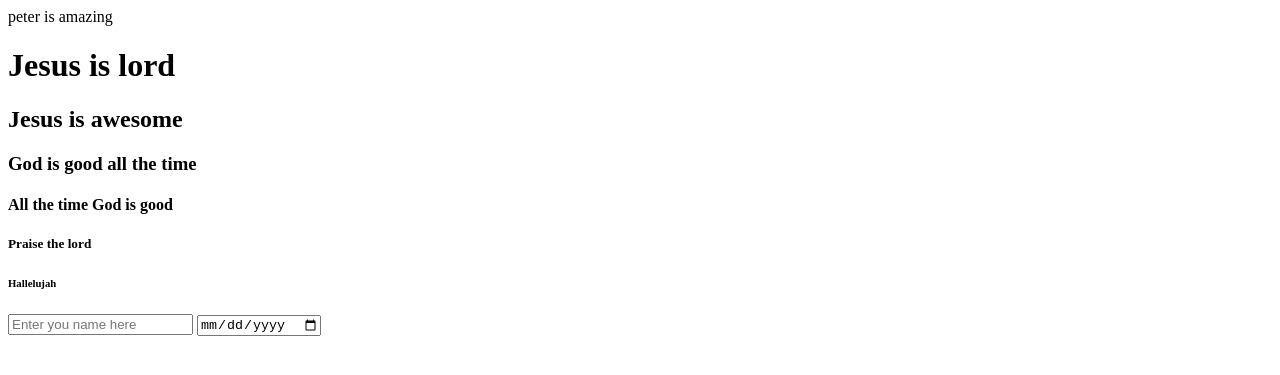
Repository: sheddy1/peter1
Page: work1.html
An editor plug-in stored every save of this project. The page is shown before and after the next save, followed by the edit.
The browser window is 1280 px wide. The pictures show the whole page.

Above is the page before, as saved 2025-11-04 11:58:52.

### work1.html
<html>
    <p>peter is amazing</p>
    <h1>Jesus is lord</h1>
    <h2>Jesus is awesome</h2>
    <h3>God is good all the time</h3>
    <h4>All the time God is good</h4>
    <h5>Praise the lord</h5>
    <h6>Hallelujah</h6>

    <input type="text" placeholder="Enter you name here">

    <input type="date">
</html>

After the next save:
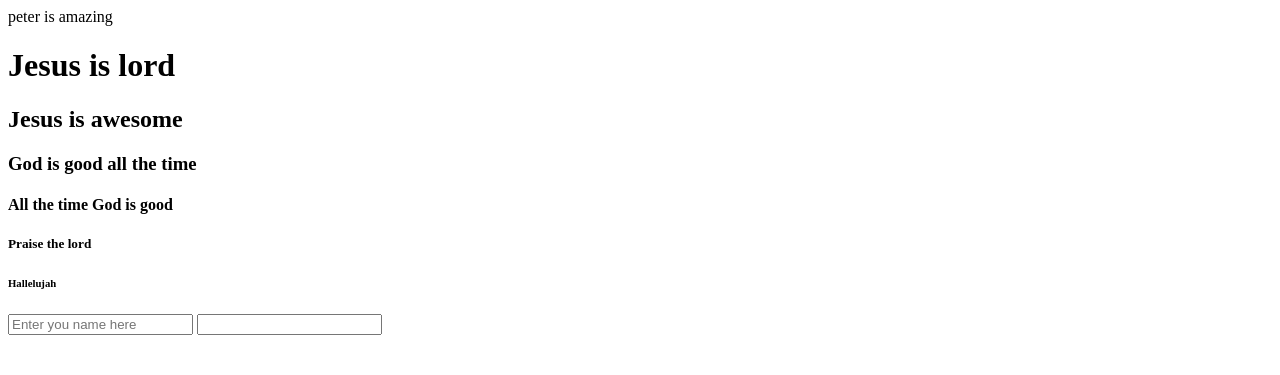
Saved 23 s later.
--- a/work1.html
+++ b/work1.html
@@ -9,5 +9,5 @@
 
     <input type="text" placeholder="Enter you name here">
 
-    <input type="date">
+    <input type="datetime">
 </html>

After the save that followed:
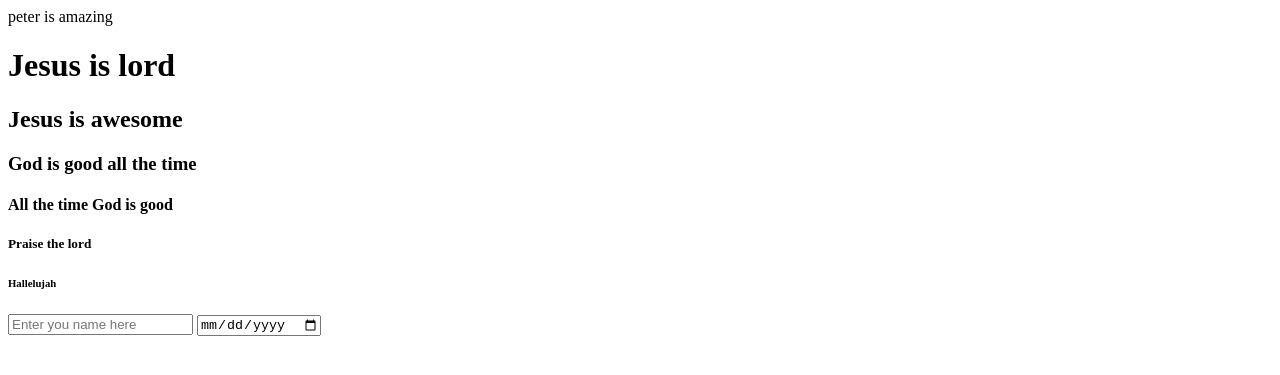
Saved 26 s later.
--- a/work1.html
+++ b/work1.html
@@ -9,5 +9,7 @@
 
     <input type="text" placeholder="Enter you name here">
 
-    <input type="datetime">
+    <input type="date">
+
+    <inpout type="color">
 </html>
